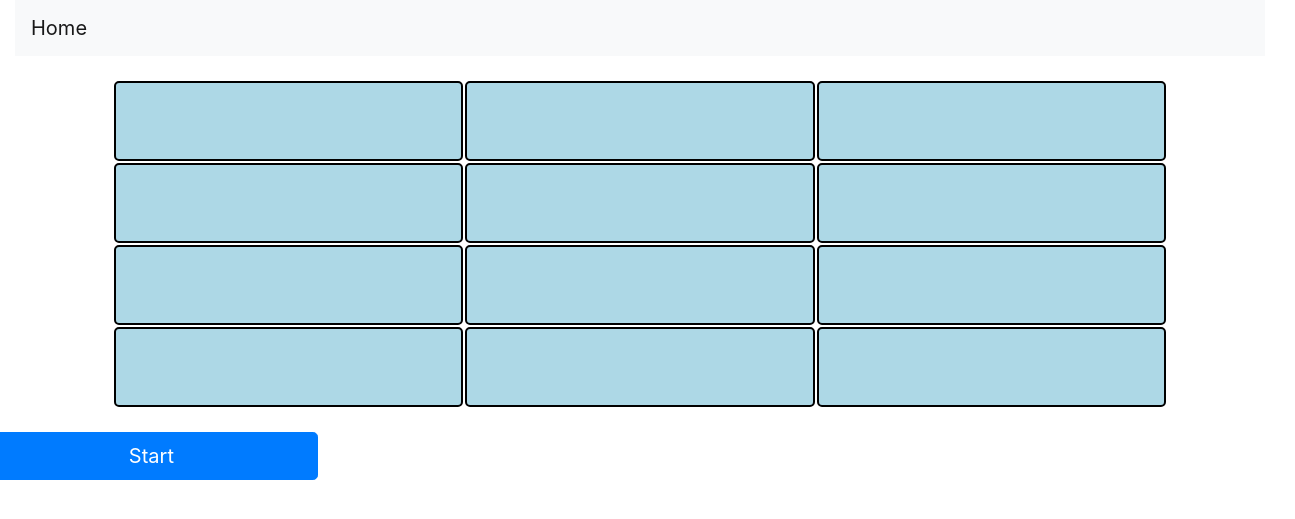
Repository: chrisrees85/memory-block
Page: easy.html
The author's editor kept a record of every edit. The page is drawn from the files as they stood at one moment, then again after the next edit.
The browser window is 1280 px wide. The page is 1295 px wide, so the pictures cover 1295 px, including what lies to the right of the window. The pictures show the whole page.

Above is the page before.

### easy.html
<!DOCTYPE html>
<html lang="en">

<head>
    <meta charset="UTF-8">
    <meta name="viewport" content="width=device-width, initial-scale=1.0">
    <meta http-equiv="X-UA-Compatible" content="ie=edge">
    <title>Memory Block</title>
    <link rel="stylesheet" href="https://stackpath.bootstrapcdn.com/bootstrap/4.3.1/css/bootstrap.min.css" integrity="sha384-ggOyR0iXCbMQv3Xipma34MD+dH/1fQ784/j6cY/iJTQUOhcWr7x9JvoRxT2MZw1T" crossorigin="anonymous">
    <link rel="stylesheet" href="assets/css/style.css" type="text/css" />
</head>

<body>
    <div class="container-fluid">
        <nav class="navbar navbar-light bg-light">
            <a class="navbar-brand" href="index.html">Home</a>
        </nav>
    </div>
    </br>
        <div class="board">
            <div class="row">
                <div class="col tiles"></div>
                <div class="col tiles"></div>
                <div class="col tiles"></div>
            </div>
            <div class="row">
                <div class="col tiles"></div>
                <div class="col tiles"></div>
                <div class="col tiles"></div>
            </div>
            <div class="row">
                <div class="col tiles"></div>
                <div class="col tiles"></div>
                <div class="col tiles"></div>
            </div>
            <div class="row">
                <div class="col tiles"></div>
                <div class="col tiles"></div>
                <div class="col tiles"></div>
            </div>
        </div>
        </br>
        <div class="row">

            <div id="btn"></div>

        </div>
    </div>

    <div class="modal fade" id="exampleModal" tabindex="-1" role="dialog" aria-labelledby="exampleModalLabel" aria-hidden="true">
        <div class="modal-dialog" role="document">
            <div class="modal-content">
                <div class="modal-header">
                    <h5 class="modal-title" id="modal-head"></h5>
                    <button type="button" class="close" data-dismiss="modal" aria-label="Close">
          <span aria-hidden="true">&times;</span>
        </button>
                </div>
                <div class="modal-body" id='modal-text'>
                </div>
                <div class="modal-footer" id="modal-btn">
                    <button  type="button" class="btn btn-secondary" data-dismiss="modal">Try Again</button>
                </div>
            </div>
        </div>
    </div>


    <script src="https://code.jquery.com/jquery-3.3.1.slim.min.js" integrity="sha384-q8i/X+965DzO0rT7abK41JStQIAqVgRVzpbzo5smXKp4YfRvH+8abtTE1Pi6jizo" crossorigin="anonymous"></script>
    <script src="https://cdnjs.cloudflare.com/ajax/libs/popper.js/1.14.7/umd/popper.min.js" integrity="sha384-UO2eT0CpHqdSJQ6hJty5KVphtPhzWj9WO1clHTMGa3JDZwrnQq4sF86dIHNDz0W1" crossorigin="anonymous"></script>
    <script src="https://stackpath.bootstrapcdn.com/bootstrap/4.3.1/js/bootstrap.min.js" integrity="sha384-JjSmVgyd0p3pXB1rRibZUAYoIIy6OrQ6VrjIEaFf/nJGzIxFDsf4x0xIM+B07jRM" crossorigin="anonymous"></script>
    <script type="text/javascript" src="assets/js/scripts.js"></script>
</body>

</html>

### assets/css/style.css
*{
  padding: 0;
  margin: 0;
  box-sizing: border-box;
}

.center{
    text-align: center;
}

.board{
  width:80vw;
  margin: auto;
}

.tiles{
  background-color: lightblue;
  height:80px;
  border:2px solid black;
  border-radius: 5px;
  margin:1px;
}

.btn-right{
  float:right;
}

#btn,
#play-btn{
  width:26vw;
}

### assets/js/scripts.js
let tiles = Array.from(document.querySelectorAll('.tiles'));
let buttonDiv = document.getElementById('btn');
let tilesLength = tiles.length;
let score = 0;

// First function of the play button

function startButton() {
    buttonDiv.innerHTML = '<button type="button" class="btn btn-primary btn-lg" id="play-btn" onclick="onClick();">Start</button>';
}
startButton();

// Function performs when first button function is pressed

function onClick() {
    // Renders the button inactive so the user can't keep calling onClick function
    buttonDiv.innerHTML = '<button type="button" class="btn btn-primary btn-lg" id="play-btn">Timer Started</button>';

    // Countdown timer shown in the button text
    // Once time is up the buttons function changes to check users attempt
    let timeleft = 5;
    let countdownTimer = setInterval(function() {
        buttonDiv.innerHTML = '<button type="button" class="btn btn-primary btn-lg" id="play-btn"></button>';
        document.getElementById('play-btn').textContent = timeleft;
        timeleft -= 1;
        if (timeleft < 0) {
            clearInterval(countdownTimer);
            buttonDiv.innerHTML = '<button type="button" class="btn btn-primary btn-lg" id="play-btn" onclick="checkAttempt();" data-toggle="modal" data-target="#exampleModal">Check</button>';
        }
    }, 1000);

    // Shuffles the tiles array into a random order
    let i = tilesLength,
        rand, temp;
    while (--i > 0) {
        rand = Math.floor(Math.random() * (i + 1));
        temp = tiles[rand];
        tiles[rand] = tiles[i];
        tiles[i] = temp;
    }

    // Selects half of the shuffled array and adds the color class
    let bottomHalfTiles = tiles.slice(tilesLength / 2, tilesLength);
    bottomHalfTiles.forEach(function(i) {
        i.classList += (' green');
    });

    // Replaces the color class with an unused class after 6 seconds
    function clearBoard() {
        bottomHalfTiles.map(function(i) {
            i.classList.replace('green', 'in-play');
        });
    }
    setTimeout(clearBoard, 6000);
    console.log(tiles);

    // Activates the users ability to click and change the block color 6 seconds after the start button is pressed
    function allowUserClick() {
        tiles.forEach(function(i) {
            i.addEventListener('click', tileClicked);
        });

        function tileClicked() {
            this.classList.toggle('green');
        }
    }
    setTimeout(allowUserClick, 6000);
}


// Function checks the users answers on clicking the check button and displays a modal
function checkAttempt() {
    let modalBtn = document.getElementById('modal-btn');

    // Loops through the tiles array and increments 1 to the score if a condition is true
    function checkClasses() {
        tiles.forEach(function(it) {
            if ((it.classList.contains('in-play')) && (it.classList.contains('green'))) {
                score++;
            }
            else if ((it.classList.contains('tiles')) && (it.classList.contains('green')) && !(it.classList.contains('in-play'))) {
                score = tilesLength;
            }
        });
    }
    checkClasses();

    // Modal either gives a yes or no answer as to whether the user has succeeded
    if (score == tilesLength / 2) {
        document.getElementById('modal-head').textContent = ('CONGRATULATIONS');
        document.getElementById('modal-text').textContent = ('Your memory served you well');
        modalBtn.innerHTML = '<button type="button" class="btn btn-secondary" onclick="location.reload();">Play Again</button>';
    }else {
        document.getElementById('modal-head').textContent = ('OOPS, SORRY');
        document.getElementById('modal-text').textContent = ('Would you like to try again or Start New Game');
        modalBtn.innerHTML = '<button type="button" class="btn btn-secondary" data-dismiss="modal" onclick="reveal();">Reveal</button>';
    }
    // resets the score to 0 to keep the users attempt accurate
    score = 0;
}

function reveal(){
    revealStageTwo
    tiles.forEach(function(it){
        it.classList.remove('green');
    });
}

After the next edit:
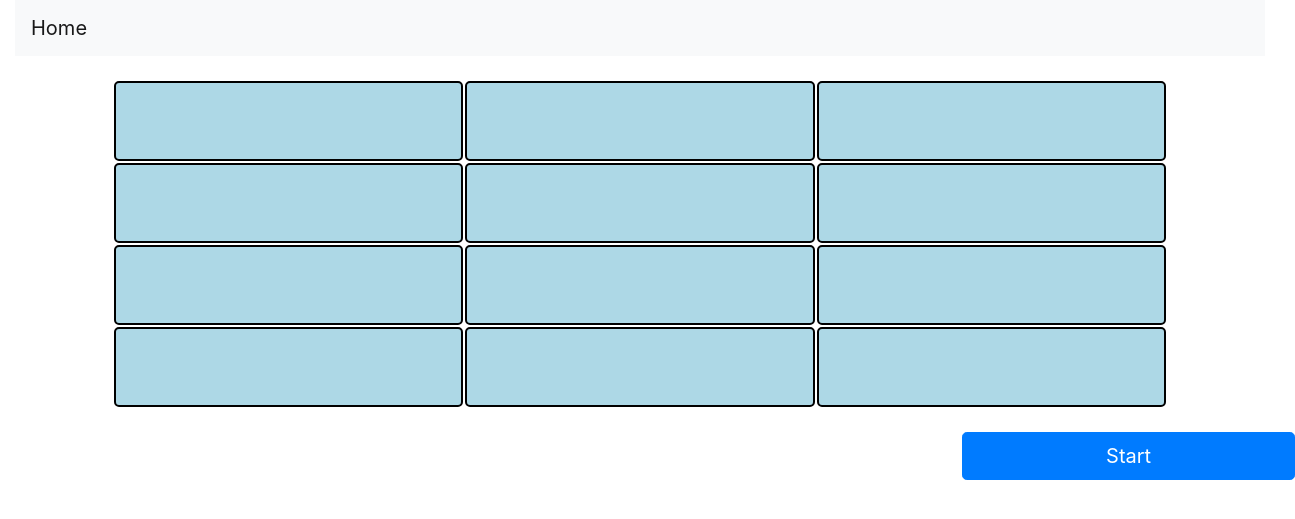
The edit:
--- a/easy.html
+++ b/easy.html
@@ -40,7 +40,7 @@
             </div>
         </div>
         </br>
-        <div class="row">
+        <div class="row btn-right">
 
             <div id="btn"></div>
 
